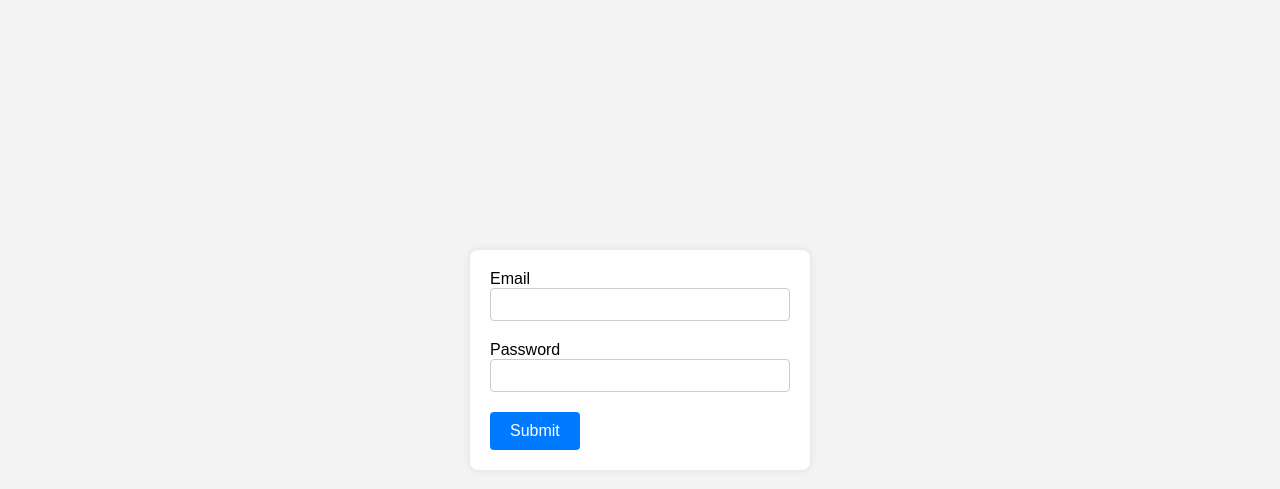
Repository: Ndifoinhilary/authentication
Page: http://localhost/auth/login/
The author's editor kept a copy of each file at every save. The page is drawn from the files as they stood at one save, then again after the next save.
The browser window is 1280 px wide. The pictures show the whole page.
The page is served by the project's application, run on Django 3.2 (manage.py).

Above is the page before, as saved 2024-01-05 18:40:09.

After the next save:
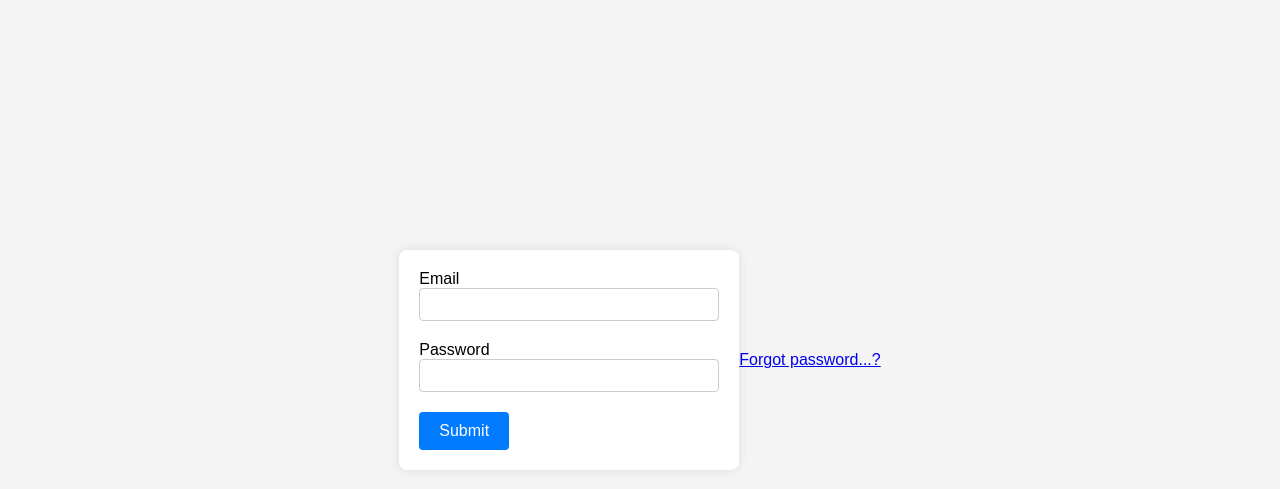
Saved 34 min 0 s later.
--- a/Auth/templates/login.html
+++ b/Auth/templates/login.html
@@ -76,6 +76,7 @@
          <button type="submit" class="btn">Submit</button>
 
     </form>
+   <a href="#"> Forgot password...?  </a>
 </body>
 
 </html>
